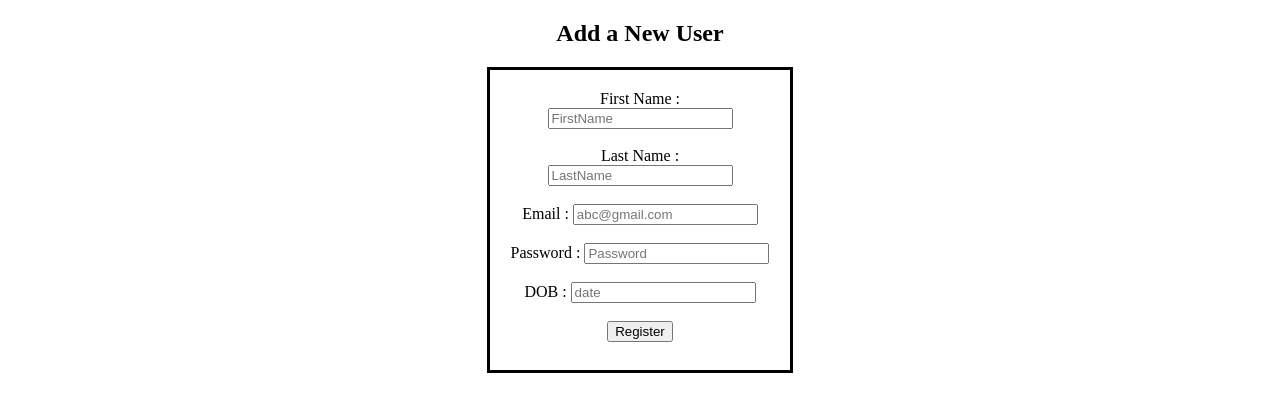
Repository: KD3-86718-yagywalky/Advance-java
Page: http://localhost/Assignment04/newuser.jsp
These files come from the project's save history. The page is drawn as it stood at one moment and after the next save; the edit follows.
The browser window is 1280 px wide. The pictures show the whole page.
The page is served by Tomcat 9. Other server files are loaded and not shown.

Above is the page before, as saved 2024-12-05 14:05:37.

### Assignment_04/Assignment04/src/main/webapp/newuser.jsp
<%@ page language="java" contentType="text/html; charset=ISO-8859-1"
    pageEncoding="ISO-8859-1"%>
<!DOCTYPE html>
<html>
<head>
<meta charset="ISO-8859-1">
<title>Insert title here</title>
</head>
<body style="text-align: center;">

<h2>Add a New User </h2>
<center>
<div style="height: 300px; width: 300px; border: solid; align-self: center; margin: 10px" >

<form action="register.jsp" method="post">
<p style="margin: 20px;">
First Name : <input type="text" name="fname" placeholder="FirstName"> <br/><br/>
Last Name : <input type="text" name="lname" placeholder="LastName"> <br/><br/>
Email : <input type="email" name="email" placeholder="abc@gmail.com"> <br/><br/>
Password : <input type="password" name="passwd" placeholder="Password"> <br/><br/>
DOB : <input type="text" name="dob" placeholder="date"> <br/><br/>
<input type="submit" value="Register"> <br/><br/>
</p >
</form>
</div>

</body>
</html>

After the next save:
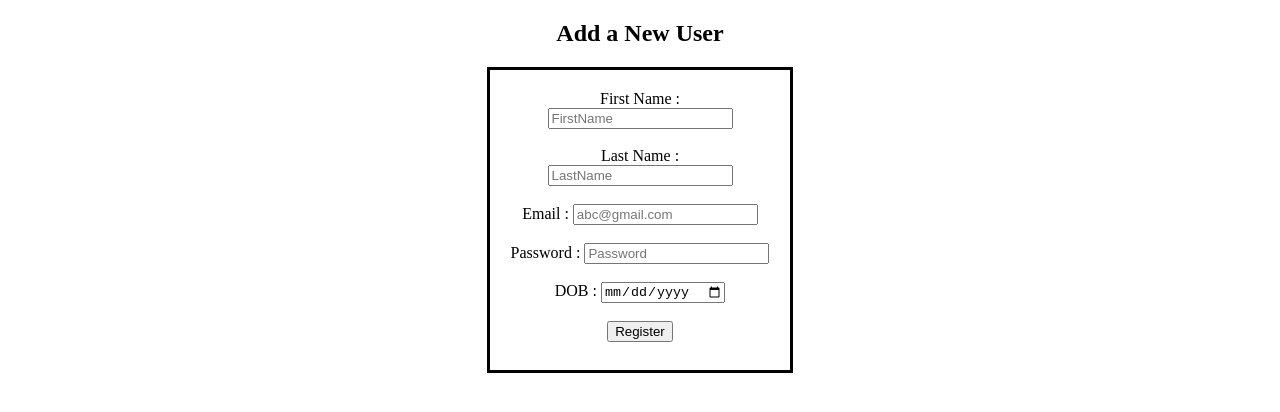
Saved 3 min 26 s later.
--- a/Assignment_04/Assignment04/src/main/webapp/newuser.jsp
+++ b/Assignment_04/Assignment04/src/main/webapp/newuser.jsp
@@ -18,7 +18,7 @@ First Name : <input type="text" name="fname" placeholder="FirstName"> <br/><br/>
 Last Name : <input type="text" name="lname" placeholder="LastName"> <br/><br/>
 Email : <input type="email" name="email" placeholder="abc@gmail.com"> <br/><br/>
 Password : <input type="password" name="passwd" placeholder="Password"> <br/><br/>
-DOB : <input type="text" name="dob" placeholder="date"> <br/><br/>
+DOB : <input type="date" name="dob" placeholder="date"> <br/><br/>
 <input type="submit" value="Register"> <br/><br/>
 </p >
 </form>
